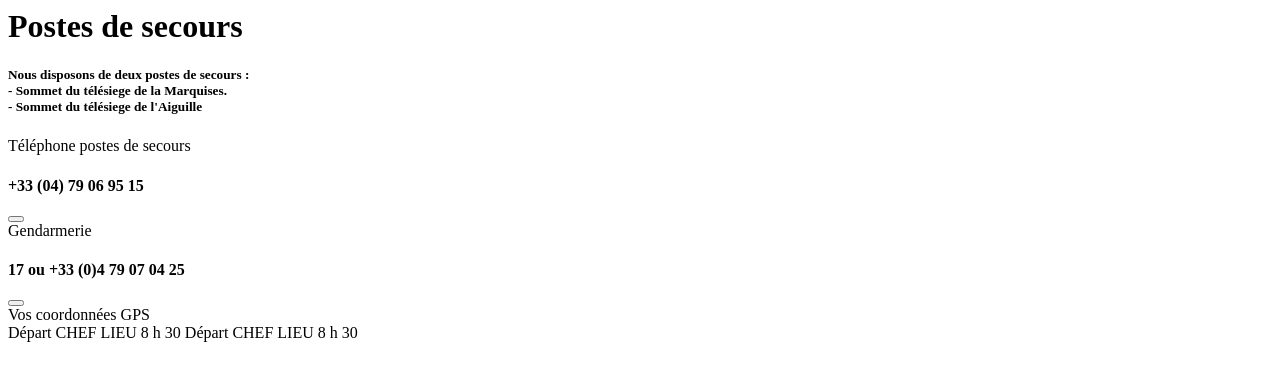
Repository: numericgraphics/Rosiere_Service
Page: www/templates/secours.html
The author's editor kept a record of every edit. The page is drawn from the files as they stood at one moment, then again after the next edit.
The browser window is 1280 px wide. The pictures show the whole page.

Above is the page before.

After the next edit:
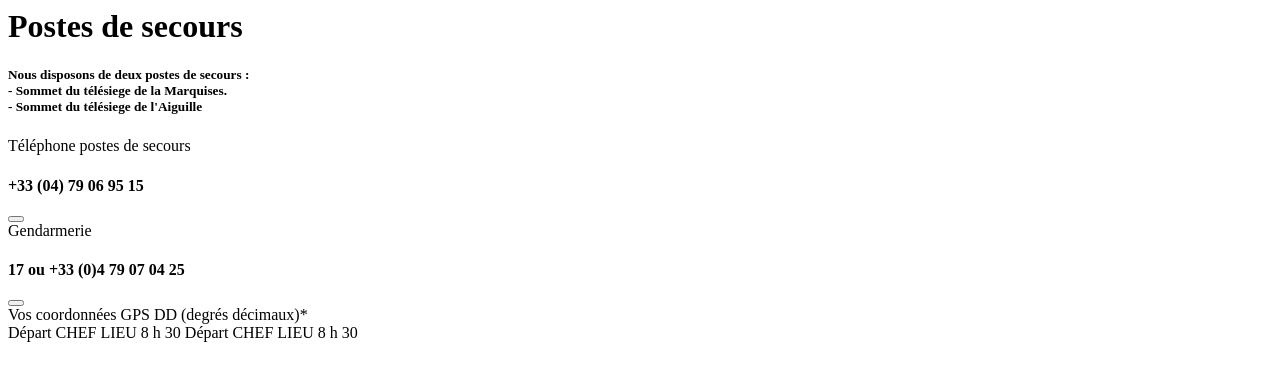
The edit:
--- a/www/templates/secours.html
+++ b/www/templates/secours.html
@@ -36,7 +36,7 @@
 
         <div class="card">
           <div class="item item-divider">
-            Vos coordonnées GPS
+            Vos coordonnées GPS DD (degrés décimaux)*
           </div>
           <div class="list">
           <a class="item">
